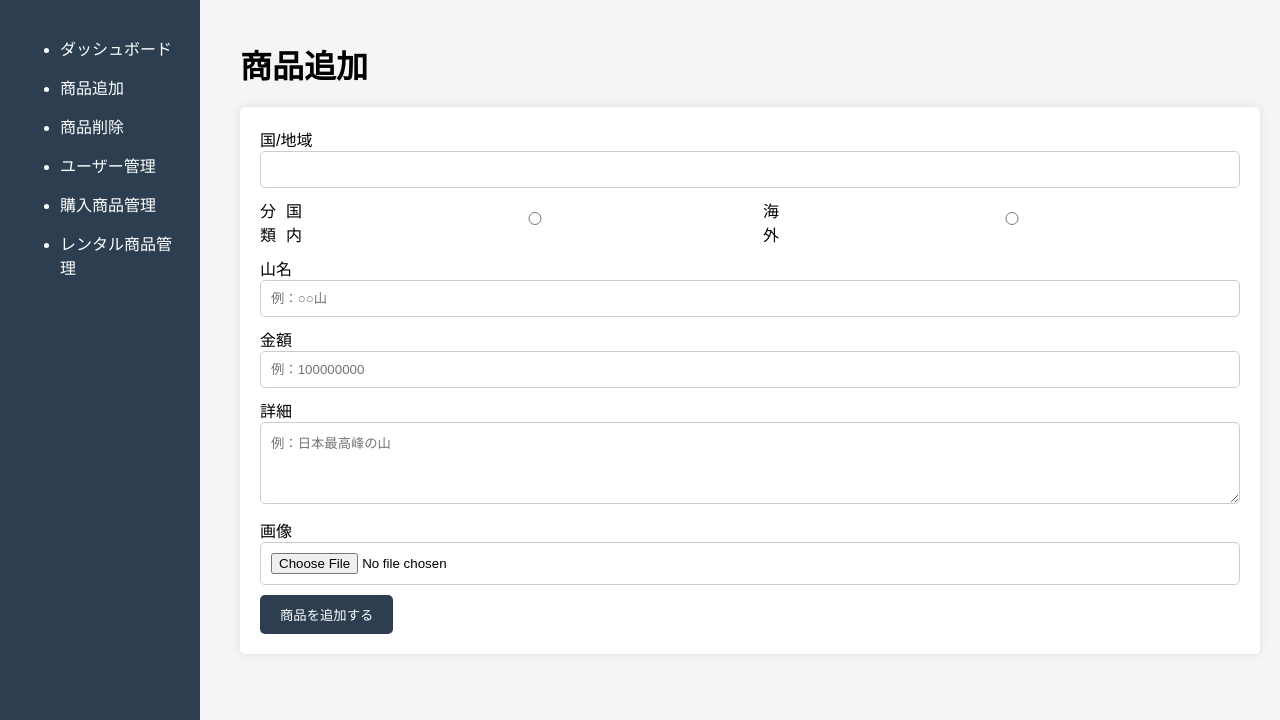
Repository: magome112/Oasis2024920
Page: http://localhost/_12_kanri.shohin.php
The author's editor kept a copy of each file at every save. The page is drawn from the files as they stood at one save, then again after the next save.
The browser window is 1280 px wide. The pictures show the whole page.
The page is run by PHP 8.4 with error messages shown; the project is at /var/www/html/.

Above is the page before, as saved 2024-12-06 12:19:26.

### _12_kanri.shohin.php
<?php
// データベース接続設定
$host = 'mysql306.phy.lolipop.lan';
$dbname = 'LAA1602729-oasis';
$user = 'LAA1602729';
$password = 'oasis5';

try {
    $pdo = new PDO("mysql:host=$host;dbname=$dbname;charset=utf8", $user, $password);
    $pdo->setAttribute(PDO::ATTR_ERRMODE, PDO::ERRMODE_EXCEPTION);
} catch (PDOException $e) {
    echo "データベース接続エラー: " . $e->getMessage();
    exit;
}

// フォーム送信処理
if ($_SERVER['REQUEST_METHOD'] === 'POST') {
    $errors = [];

    // 必須項目のチェック
    $yama_name = trim($_POST['yama_name'] ?? '');
    $country_name = trim($_POST['country_name'] ?? '');
    $Region = $_POST['Region'] ?? null;
    $price = $_POST['price'] ?? '';
    $yama_info = trim($_POST['yama_info'] ?? '');
    $yama_img = '';

    if (empty($yama_name)) $errors[] = "山名を入力してください。";
    if (empty($country_name)) $errors[] = "国/地域を入力してください。";
    if ($Region === null) $errors[] = "分類を選択してください。";
    if (empty($price) || !is_numeric($price)) $errors[] = "金額を正しく入力してください。";
    if (empty($yama_info)) $errors[] = "詳細を入力してください。";

    // 画像のアップロード処理
    if (isset($_FILES['yama_img']) && $_FILES['yama_img']['error'] === UPLOAD_ERR_OK) {
        $upload_dir = 'uploads/';
        $yama_img = $upload_dir . basename($_FILES['yama_img']['name']);
        if (!move_uploaded_file($_FILES['yama_img']['tmp_name'], $yama_img)) {
            $errors[] = "画像アップロードに失敗しました。";
        }
    }

    // エラーがある場合は表示して処理終了
    if (!empty($errors)) {
        foreach ($errors as $error) {
            echo "<p style='color:red;'>$error</p>";
        }
        exit;
    }

    // データベースに挿入
    try {
        $stmt = $pdo->prepare("INSERT INTO Oasis_yama (yama_name, country_name, Region, price, yama_img, yama_info)
                               VALUES (:yama_name, :country_name, :Region, :price, :yama_img, :yama_info)");
        $stmt->bindParam(':yama_name', $yama_name);
        $stmt->bindParam(':country_name', $country_name);
        $stmt->bindParam(':Region', $Region);
        $stmt->bindParam(':price', $price);
        $stmt->bindParam(':yama_img', $yama_img);
        $stmt->bindParam(':yama_info', $yama_info);
        $stmt->execute();

        echo "<p style='color:green;'>商品が追加されました！</p>";
    } catch (PDOException $e) {
        echo "<p style='color:red;'>データベースエラー: " . $e->getMessage() . "</p>";
    }
}
?>

<!DOCTYPE html>
<html lang="ja">
<head>
    <meta charset="UTF-8">
    <meta name="viewport" content="width=device-width, initial-scale=1.0">
    <title>商品追加</title>
    <style>
        body {
            font-family: Arial, sans-serif;
            margin: 0;
            padding: 0;
            background-color: #f5f5f5;
        }
        .sidebar {
            width: 200px;
            background-color: #2c3e50;
            color: #fff;
            height: 100vh;
            position: fixed;
            top: 0;
            left: 0;
            padding: 20px;
            box-sizing: border-box;
        }
        .sidebar h3 {
            margin-bottom: 30px;
        }
        .sidebar a {
            color: #fff;
            text-decoration: none;
            display: block;
            margin-bottom: 15px;
        }
        .main-content {
            margin-left: 220px;
            padding: 20px;
        }
        h1 {
            margin-bottom: 20px;
        }
        form {
            background-color: #fff;
            padding: 20px;
            border-radius: 5px;
            box-shadow: 0 0 10px rgba(0, 0, 0, 0.1);
        }
        input, textarea {
    width: 100%;
    padding: 10px;
    margin-bottom: 10px;
    border: 1px solid #ccc;
    border-radius: 5px;
    box-sizing: border-box;
}

.radio-group {
    display: flex; /* 横並びに整列 */
    align-items: center; /* 垂直方向の中央揃え */
    margin-bottom: 10px;
}

.radio-group label {
    margin-right: 10px; /* ラジオボタンとテキストの間隔 */
}

.radio-group input[type="radio"] {
    margin-right: 5px; /* ラジオボタンとテキストの間隔 */
    margin-left: 0; /* 不要な余白をゼロに設定 */
}



        button {
            background-color: #2c3e50;
            color: #fff;
            border: none;
            padding: 10px 20px;
            cursor: pointer;
            border-radius: 5px;
        }
        button:hover {
            background-color: #34495e;
        }
    </style>
</head>
<body>
<div class="sidebar">
    <ul>
        <li><a>ダッシュボード</a></li>
        <li><a href="_12_kanri.shohin.php">商品追加</a></li>
        <li><a href="_13_kanri.shohindel.php">商品削除</a></li>
        <li><a href="_14_kanri.user.php">ユーザー管理</a></li>
        <li><a href="_15_kanri.add.shohin.php">購入商品管理</a></li>
        <li><a href="_16_kanri.add.rental.php">レンタル商品管理</a></li>
    </ul>
</div>

<div class="main-content">
    <h1>商品追加</h1>
    <form method="POST" enctype="multipart/form-data">

        <label for="country_name">国/地域</label>
        <input type="text" name="country_name" id="country_name" required>

        <div class="radio-group">
            <label for="region">分類</label>
            <label for="domestic">国内</label>
            <input type="radio" name="region" value="0" id="domestic" required>
            <label for="overseas">海外</label>
            <input type="radio" name="region" value="1" id="overseas">
        </div>




        <label for="yama_name">山名</label>
        <input type="text" name="yama_name" id="yama_name" placeholder="例：○○山" required>

        <label for="price">金額</label>
        <input type="number" name="price" id="price" placeholder="例：100000000" required>

        <label for="yama_info">詳細</label>
        <textarea name="yama_info" id="yama_info" placeholder="例：日本最高峰の山" rows="4" required></textarea>

        <label for="yama_img">画像</label>
        <input type="file" name="yama_img" id="yama_img" accept="image/*" required>

        <button type="submit">商品を追加する</button>
    </form>
</div>
</body>
</html>

After the next save:
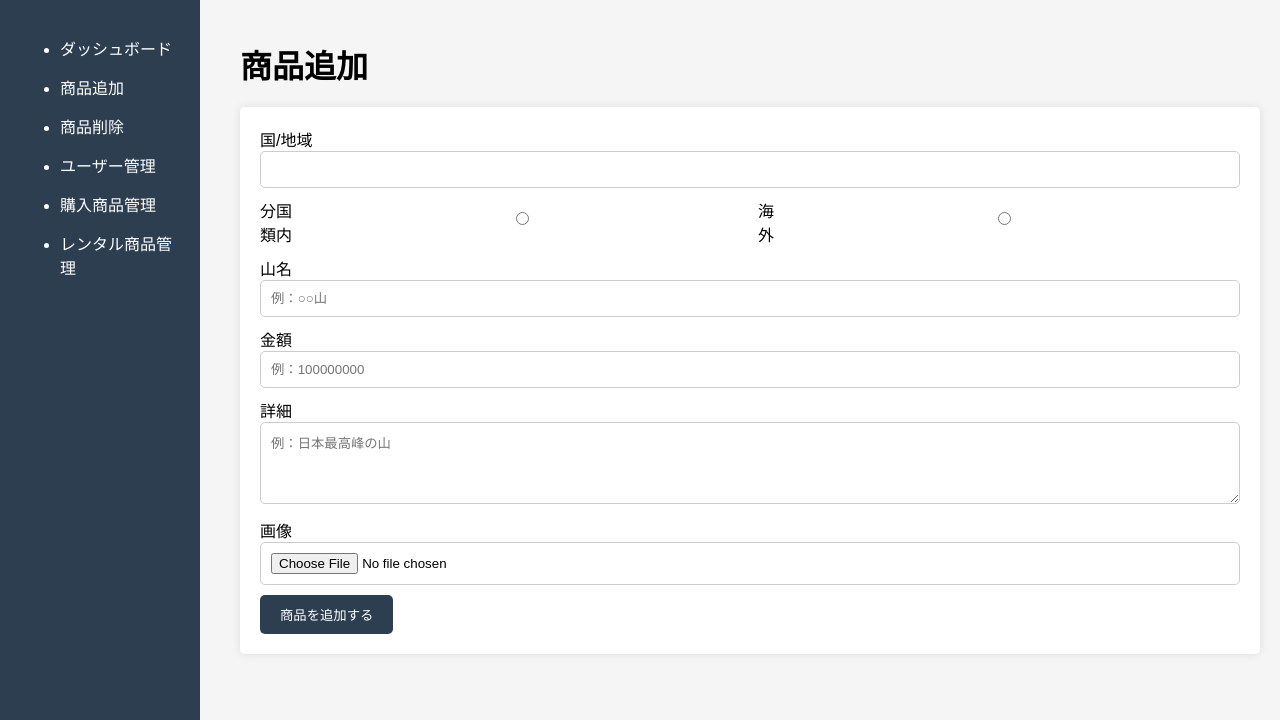
Saved 40 s later.
--- a/_12_kanri.shohin.php
+++ b/_12_kanri.shohin.php
@@ -128,10 +128,6 @@ if ($_SERVER['REQUEST_METHOD'] === 'POST') {
     margin-bottom: 10px;
 }
 
-.radio-group label {
-    margin-right: 10px; /* ラジオボタンとテキストの間隔 */
-}
-
 .radio-group input[type="radio"] {
     margin-right: 5px; /* ラジオボタンとテキストの間隔 */
     margin-left: 0; /* 不要な余白をゼロに設定 */
